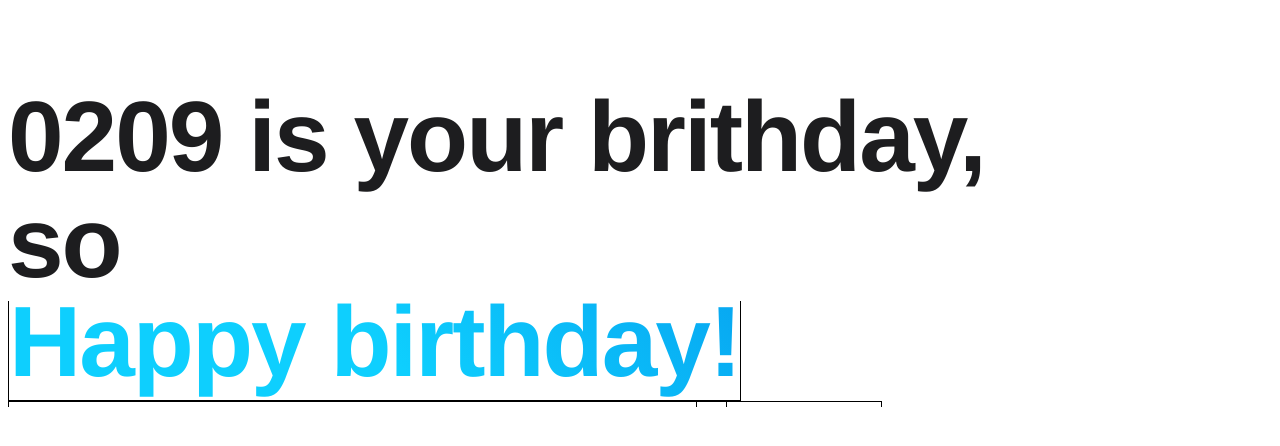
Repository: Caococos/02-09
Page: /
The author's editor kept a copy of each file at every save. The page is drawn from the files as they stood at one save, then again after the next save.
The browser window is 1280 px wide. The pictures show the whole page.
The project was rebuilt for these pictures with package versions that can differ from the ones it lists, and the page was loaded fresh each time. Also part of the build but not shown: vue.config.js.

Above is the page before, as saved 2021-06-11 22:26:57.

After the next save:
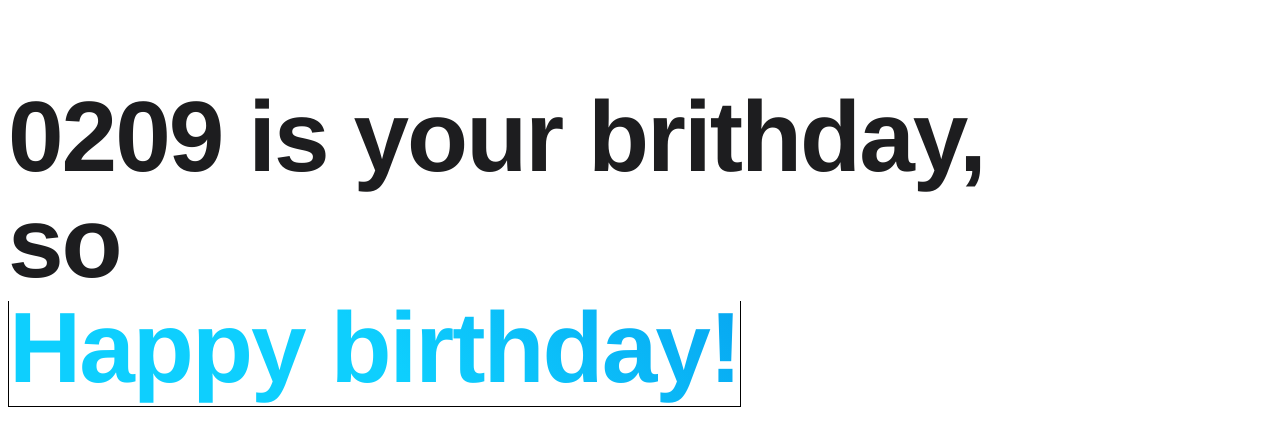
Saved 2 min 21 s later.
--- a/src/views/home/Home.vue
+++ b/src/views/home/Home.vue
@@ -56,8 +56,8 @@ h2 {
 
 .mask span {
   display: block;
-  padding-top: var(--offset);
-  padding-bottom: var(--offset);
+  padding: var(--offset) 0;
+  margin-top: var(--offset);
   box-sizing: border-box;
   position: absolute;
   top: 100px;
